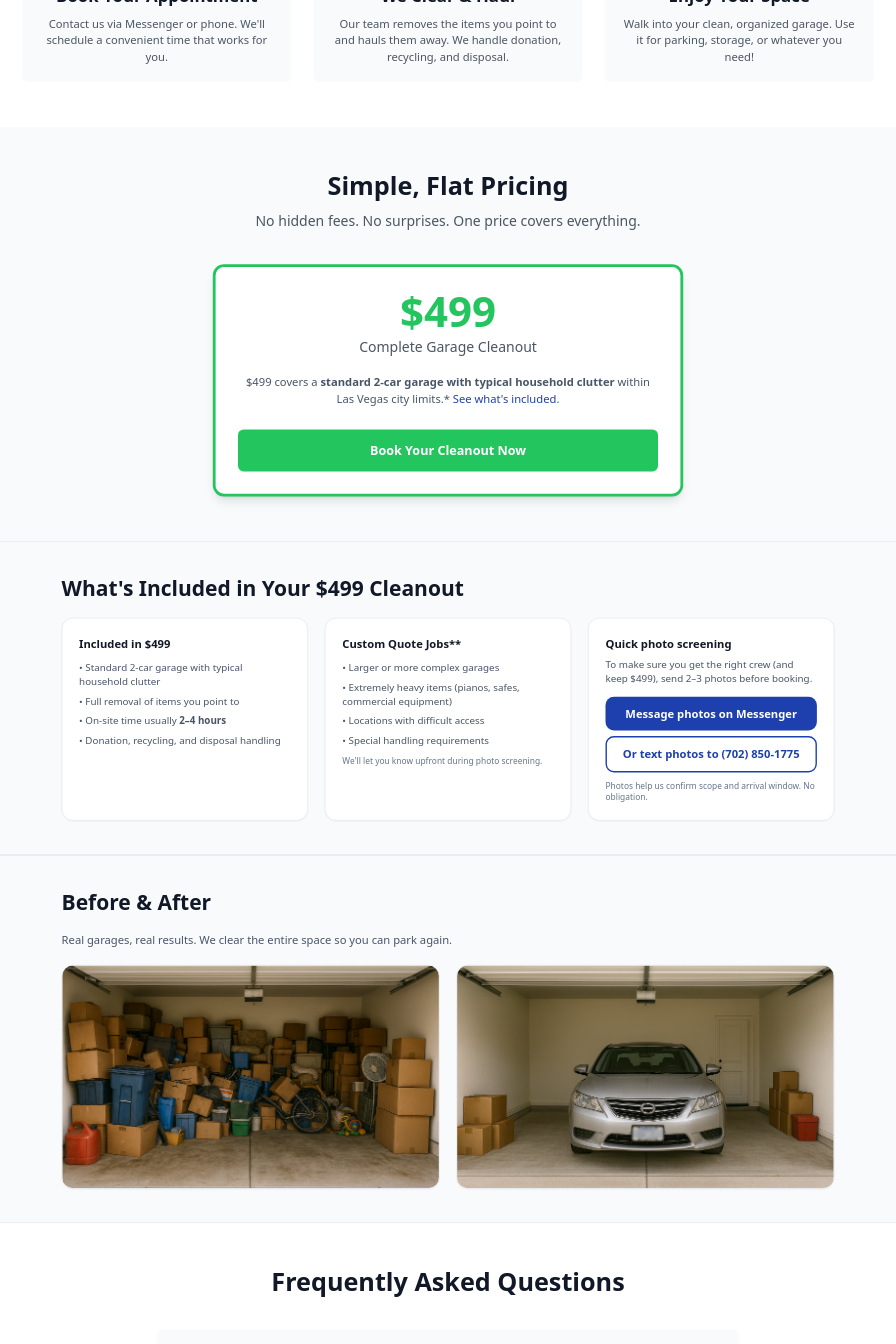
Repository: nikwhite1169/garagegone
Page: index.html
An editor plug-in stored every save of this project. The page is shown before and after the next save, followed by the edit.
The browser window is 1280 px wide. The pictures show the part of the page from y = 1119 to 3039 px (the page is 5445 px tall before and 5457 px after), at 70% of full size.
Some web libraries are served in a nearby version.

Above is the page before, as saved 2025-09-16 00:30:47.

After the next save:
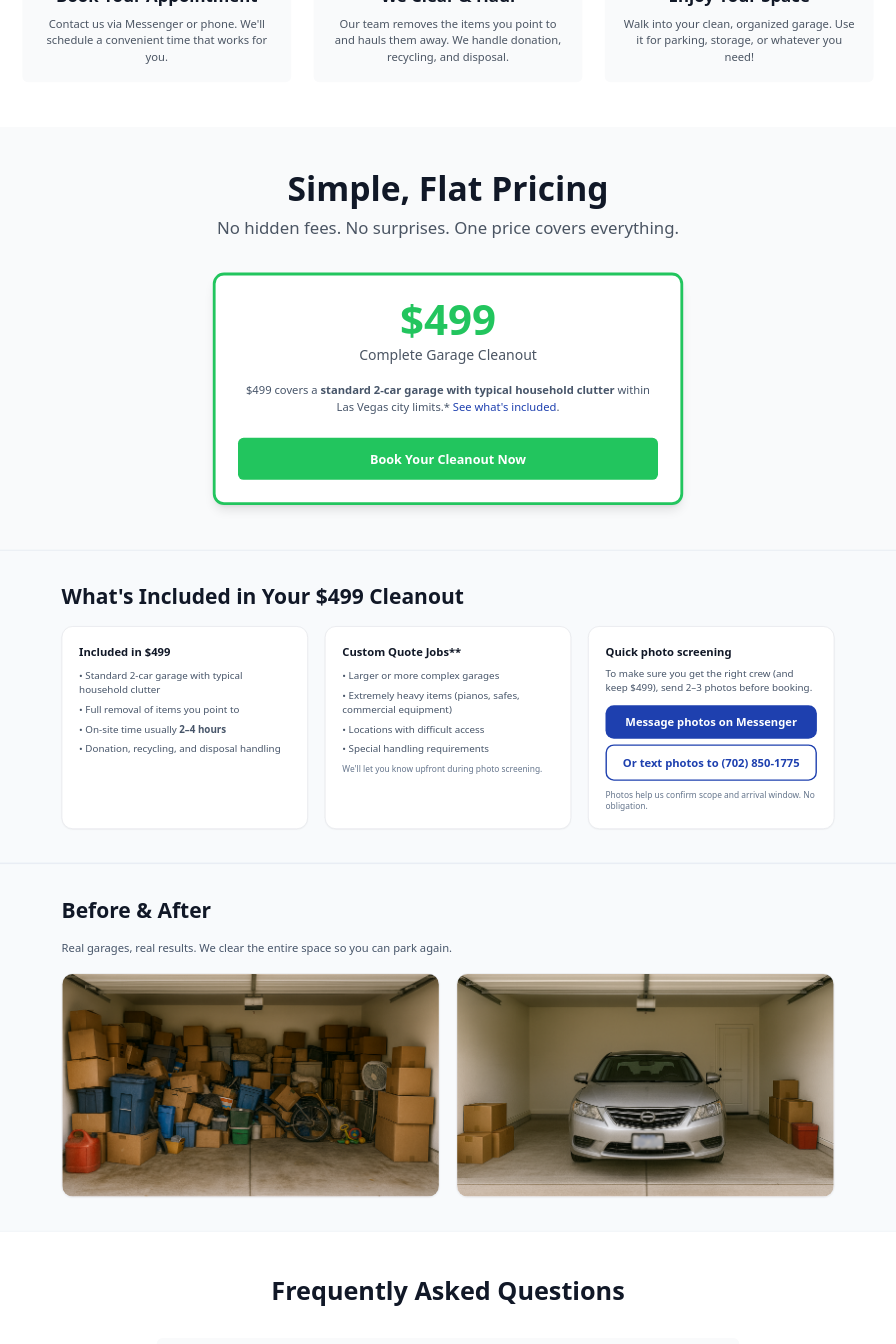
Saved 6 s later.
--- a/index.html
+++ b/index.html
@@ -216,8 +216,8 @@
     <section id="pricing" class="py-16 bg-gray-50">
         <div class="max-w-7xl mx-auto px-4 sm:px-6 lg:px-8">
             <div class="text-center mb-12">
-                <h3 class="text-3xl md:text-4xl font-bold text-gray-900 mb-4">Simple, Flat Pricing</h3>
-                <p class="text-xl text-gray-600">No hidden fees. No surprises. One price covers everything.</p>
+                <h3 class="text-3xl md:text-5xl font-bold text-gray-900 mb-4">Simple, Flat Pricing</h3>
+                <p class="text-xl md:text-2xl text-gray-600">No hidden fees. No surprises. One price covers everything.</p>
             </div>
 
             <div class="max-w-2xl mx-auto">
